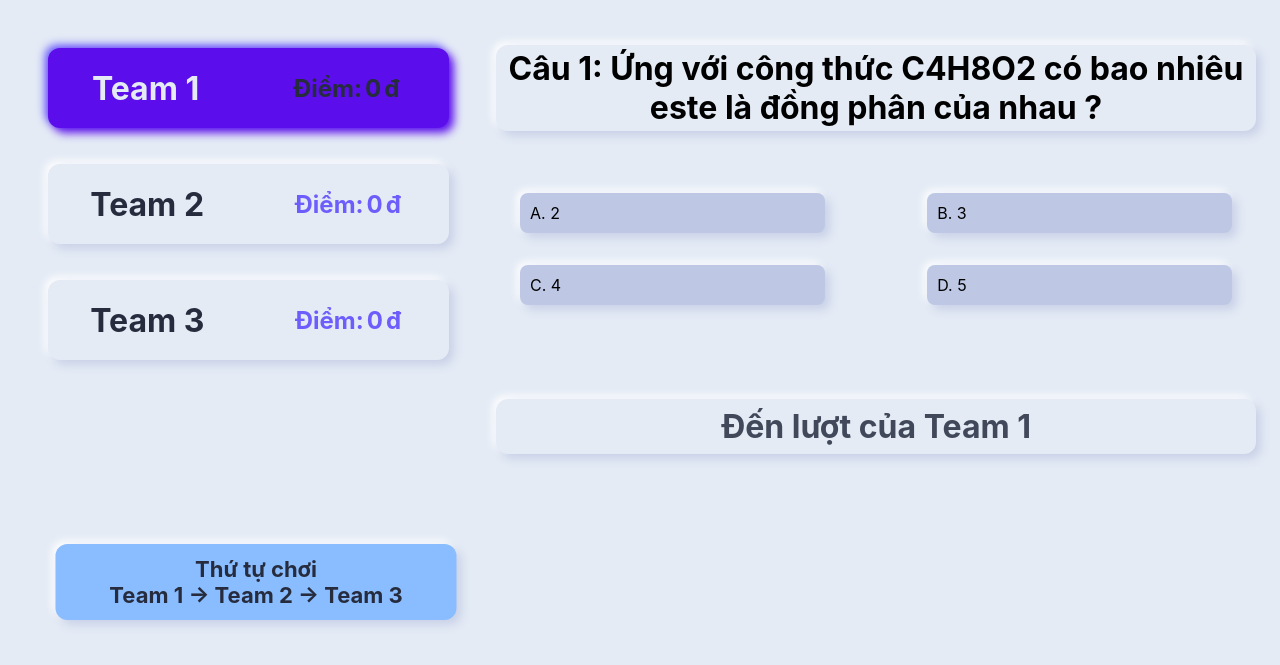
Repository: tinh2044/quzzi_game
Page: /
These files come from the project's save history. The page is drawn as it stood at one moment and after the next save; the edit follows.
The browser window is 1280 px wide. The pictures show the whole page.
The project was rebuilt for these pictures with package versions that can differ from the ones it lists, and the page was loaded fresh each time. Also part of the build but not shown: src/components/SortTeam.jsx.

Above is the page before, as saved 2022-12-15 08:37:34.

### src/index.js
import React from 'react';
import ReactDOM from 'react-dom/client';
import './index.css';
import App from './App';
import reportWebVitals from './reportWebVitals';

const root = ReactDOM.createRoot(document.getElementById('root'));
root.render(
  // <React.StrictMode>
  <App />,
  {/* </React.StrictMode> */ }
);

// If you want to start measuring performance in your app, pass a function
// to log results (for example: reportWebVitals(console.log))
// or send to an analytics endpoint. Learn more: https://bit.ly/CRA-vitals
reportWebVitals();

### src/App.css
:root {
    --primary-light: #8abdff;
    --primary: #6d5dfc;
    --primary-dark: #5b0eeb;
    --white: #ffffff;
    --greyLight-1: #e4ebf5;
    --greyLight-2: #c8d0e7;
    --greyLight-3: #bec8e4;
    --greyDark: #9baacf;
    --cl-text: #262c3d;
}
#root {
    height: 100%;
}

body {
    overflow: hidden;
    height: 100vh;
    user-select: none;
}
.App {
    height: 100%;
}
.home {
    position: relative;
    width: 100%;
    height: 100%;
    background: var(--greyLight-1);
    display: flex;
    box-shadow: 0.8rem 0.8rem 1.4rem var(--greyLight-2), -0.2rem -0.2rem 1.8rem var(--white);
}

.team {
    width: 35%;
    height: 100%;
    position: relative;
    padding: 0 12px;
    animation: FadeToLeft 0.8s linear;
}

.team_item {
    position: absolute;
    top: 12px;
    height: 80px;
    width: 85%;
    display: flex;
    align-items: center;
    justify-content: space-around;
    margin: 36px;
    transition: all 0.8s linear;
    border-radius: 12px;
    box-shadow: 0.3rem 0.3rem 0.6rem var(--greyLight-2), -0.2rem -0.2rem 0.5rem var(--white);
    background: #ffffff00;
    color: var(--cl-text);
}
.team_item:nth-child(2) {
    animation-duration: 1.5s;
}
.team_item:nth-child(3) {
    animation-duration: 2.5s;
}
.point {
    display: flex;
    align-items: center;
    color: var(--primary);
    font-weight: bold;
    font-size: 24px;
    margin: 0 3px;
}
.number,
.team_item p {
    margin: 0 3px;
}
.order-team {
    position: absolute;
    left: 50%;
    transform: translateX(-45%);
    bottom: 100px;
    width: 85%;
    padding: 12px 0;
    border-radius: 12px;
    box-shadow: 0.3rem 0.3rem 0.6rem var(--greyLight-2), -0.2rem -0.2rem 0.5rem var(--white);
    background: var(--primary-light);
    font-size: 22px;
    font-weight: bold;
    color: var(--cl-text);
    display: flex;
    flex-direction: column;
    align-items: center;
    justify-content: center;
}
.order-team p {
    margin: 0;
}
.active {
    background: var(--primary-dark);
    color: var(--greyLight-1);
    box-shadow: 0.3rem 0.3rem 0.6rem var(--primary-dark), -0.2rem -0.2rem 0.5rem var(--primary);
}
.active .point,
.active .number {
    color: var(--cl-text);
}
.question {
    width: 50%;
    flex: 1;
    padding: 24px;
}
.question h1 {
    box-shadow: 0.3rem 0.3rem 0.6rem var(--greyLight-2), -0.2rem -0.2rem 0.5rem var(--white);
    border-radius: 12px;
    padding: 4px;
    text-align: center;
    animation: FadeToTop 3s cubic-bezier(0.075, 0.82, 0.165, 1);
}

.answer {
    display: flex;
    flex-wrap: wrap;
    justify-content: space-between;
    padding: 24px;
}
.answer-item {
    width: 40%;
    background: var(--greyLight-3);
    padding: 10px;
    border-radius: 8px;
    transition: background 0.3s linear, opacity 1s ease-out, transform 0.3s linear;
    cursor: pointer;

    box-shadow: 0.3rem 0.3rem 0.6rem var(--greyLight-2), -0.2rem -0.2rem 0.5rem var(--white);
}
.answer-item:hover {
    background: var(--primary-light);
    transform: scale(1.1);
}

.A,
.C {
    animation: FadeToLeft 1s cubic-bezier(0.25, 0.46, 0.45, 0.94);
}

.B,
.D {
    animation: FadeToRight 1s cubic-bezier(0.25, 0.46, 0.45, 0.94);
}
.C,
.D {
    animation-duration: 1.8s;
}

.incorrect {
    background-color: #f44336 !important;
    opacity: 0;
    transition: background 0.3s linear, opacity 1s ease-out, transform 0.8s linear;
    transform: scale(0) !important;
}
.correct {
    background-color: #4caf50 !important;
    transform: scale(1.15);
}
.correct:hover {
    transform: scale(1.15);
}

.note {
    min-height: 36px;
    margin-top: 54px;
    animation: FadeToBottom 4s cubic-bezier(0.075, 0.82, 0.165, 1);
    background: var(--greyLight-1);
    box-shadow: 0.3rem 0.3rem 0.6rem var(--greyLight-2), -0.2rem -0.2rem 0.5rem var(--white);
    padding: 8px;
    border-radius: 12px;
    position: relative;
}

.note p {
    margin: 0;
    font-size: 32px;
    font-weight: bold;
    color: #40485a;
    text-align: center;
}

.overlay {
    width: 100%;
    height: 100%;
    display: flex;
    align-items: center;
    justify-content: center;
}

.sort-team {
    width: 50%;
    height: 40%;
    display: flex;
    flex-direction: column;
    align-items: center;
    background-color: var(--greyLight-1);
    border-radius: 1rem;
    box-shadow: 0.3rem 0.3rem 0.6rem var(--greyLight-2), -0.2rem -0.2rem 0.5rem var(--greyLight-2);
    padding: 12px;
    padding-top: 36px;
    animation: Scale 2s cubic-bezier(0.19, 1, 0.22, 1);
}
.sort-team label {
    width: 80%;
    box-shadow: 0.3rem 0.3rem 0.6rem var(--greyLight-2), -0.2rem -0.2rem 0.5rem var(--greyLight-2);
    padding: 8px;
    font-size: 24px;
    font-weight: bold;
    color: var(--cl-text);
    border-radius: 8px;
    text-align: center;
    cursor: pointer;
}

.sort-team #input {
    height: 42px;
    width: 85%;
    margin: 24px;
    border: none;
    border-radius: 16px;
    font-size: 1.3rem;
    padding-left: 12px;
    box-shadow: inset 0.2rem 0.2rem 0.5rem var(--greyLight-2), inset -0.2rem -0.2rem 0.5rem var(--white);
    color: var(--greyDark);
}
input:focus {
    border: none;
    outline: none;
}

.button-submit {
    width: 35%;
    display: flex;
    align-items: center;
    justify-content: center;
    border-radius: 1rem;
    font-size: 1.5rem;
    padding: 8px 4px;
    color: var(--cl-text);
    font-weight: bold;
    box-shadow: 0.3rem 0.3rem 0.6rem var(--greyLight-2), -0.2rem -0.2rem 0.5rem var(--greyLight-2);
    transition: all 0.3s cubic-bezier(0.47, 0, 0.745, 0.715);
    cursor: pointer;
}
.button-submit:hover {
    transform: scale(1.2);
    box-shadow: 0.3rem 0.3rem 0.6rem var(--greyDark), -0.2rem -0.2rem 0.5rem var(--greyDark);
}
@keyframes FadeToTop {
    0% {
        transform: translateY(-42px);
        opacity: 0;
    }
    100% {
        transform: translateY(0px);
        opacity: 1;
    }
}
@keyframes FadeToBottom {
    0% {
        transform: translateY(100px);
        opacity: 0;
    }
    100% {
        transform: translateY(0px);
        opacity: 1;
    }
}
@keyframes FadeToLeft {
    0% {
        transform: translateX(-100px);
        opacity: 0;
    }
    100% {
        transform: translateY(0px);
        opacity: 1;
    }
}
@keyframes FadeToRight {
    0% {
        transform: translateX(100px);
        opacity: 0;
    }
    100% {
        transform: translateY(0px);
        opacity: 1;
    }
}
@keyframes Scale {
    0% {
        transform: scale(0.3);
        opacity: 0;
    }
    100% {
        transform: scale(1);
        opacity: 1;
    }
}

### src/components/Home.jsx
import React, { useCallback, useLayoutEffect, useState } from 'react'

import Question from './Question'
import Team from './Team'
import SortTeam from './SortTeam'

import listQuestion from '../data'
import { listTeam } from '../data'


import "../App.css"
function Home() {
  const [newListTeam, setNewListTeam] = useState(listTeam)
  const [activeTeam, setActiveTeam] = useState(1);
  const [crrQuestion, setCrrQuestion] = useState(listQuestion[0])
  const [correct, setCorrect] = useState(false)
  const [showTeam, setShowTeam] = useState(true)
  // const [showWheel, setShowWheel] = useState(false)
  const handleNextQuestion = useCallback((e) => {

    if (e.keyCode === 13 && correct) {
      setActiveTeam((prev) => prev < 3 ? prev + 1 : 1)
      setCorrect(false)
      setCrrQuestion((prev) => {
        const crrIndex = listQuestion.indexOf(prev)
        if (crrIndex < listQuestion.length - 1) {
          return listQuestion[crrIndex + 1]
        }
        else return listQuestion[0]
      })
    }
  }, [correct])


  useLayoutEffect(() => {
    window.addEventListener("keyup", handleNextQuestion)

  }, [handleNextQuestion])

  return (
    <div className="home">
      {
        showTeam ? <Team listTeam={newListTeam} activeTeam={activeTeam} correct={correct} />
          : <SortTeam setShowTeam={setShowTeam} setTeam={setNewListTeam} team={newListTeam} />
      }

      <Question
        question={crrQuestion}
        setQuestion={setCrrQuestion}
        lengthListQuestion={listQuestion.length}
        setActiveTeam={setActiveTeam}
        setNewListTeam={setNewListTeam}
        activeTeam={activeTeam}
        setCorrect={setCorrect}
        correct={correct}
        listTeam={newListTeam}
        showTeam={showTeam}
      />



    </div>
  )
}

export default Home

### src/components/Question.jsx
import React, { useEffect, useLayoutEffect, useState } from 'react'
import listQuestion, { listPoints } from '../data'
import '../App.css'
import Notification from './Notification'
import AnswerItem from './AnswerItem'
function Question({ question, setQuestion, setActiveTeam, setNewListTeam, activeTeam, setCorrect, correct, listTeam, showTeam }) {
  const [checkAnswer, setCheckAnswer] = useState([NaN, NaN, NaN, NaN])
  const [points, setPoints] = useState(listPoints[Math.floor(Math.random() * listPoints.length)])
  const [showNote, setShowNote] = useState(false)
  const [showQuestion, setShowQuestion] = useState(false)
  const handleAnswer = (answer, index) => {
    if (question.correct.includes(answer)) {
      setCorrect(() => {
        console.log("chinh xac");
        return true
      })

      setShowNote(false)
      setTimeout(() => {

        setShowNote(true)
      }, 1);
      setNewListTeam((prev) => {
        let crrTeam = prev[activeTeam - 1];
        crrTeam = {
          ...crrTeam,
          points: crrTeam.points + points
        }
        // console.log(crr)
        const newListTeam = prev.map(item => item.id !== crrTeam.id ? item : crrTeam);
        const listPointOfTeam = newListTeam.map(item => {
          return {
            point: item.points,
            id: item.id
          }
        }).sort((a, b) => b.point - a.point);
        const listRankOfTeam = listPointOfTeam.map(item => item.id)
        return newListTeam.map(team => {
          return {
            ...team,
            rank: listRankOfTeam.indexOf(team.id) + 1


          }
        })
      })
      setCheckAnswer((prev) => prev.map((item, indexPrev) => indexPrev === index ? true : false))


    } else {

      setCorrect(() => {
        console.log("sai")
        return false
      })

      setShowNote(false)

      setTimeout(() => {

        setShowNote(true)
      }, 1);

      let check = checkAnswer
      check[index] = false


      setActiveTeam((prev) => prev < 3 ? prev + 1 : 1)


      setCheckAnswer((prev) => prev.map((item, indexPrev) => indexPrev === index ? false : item))
    }

  }
  useEffect(() => {
    if (checkAnswer.filter(item => isNaN(item)).length === 1) {
      setTimeout(() => {
        setQuestion((prev) => {
          const crrIndex = listQuestion.indexOf(prev)
          if (crrIndex < listQuestion.length - 1) {
            return listQuestion[crrIndex + 1]
          }
          else return listQuestion[0]
        })
      }, 1000)

    }

  }, [checkAnswer, setQuestion])

  useLayoutEffect(() => {

    setCorrect(() => {

      console.log("update")
      return 2
    })

    setTimeout(() => {

      setShowNote(true)
      setShowQuestion(true)
    }, 1);
    setCheckAnswer([NaN, NaN, NaN, NaN])
    setPoints(listPoints[Math.floor(Math.random() * listPoints.length)])
    return () => {
      setShowNote(false)
      setShowQuestion(false)

    }
  }, [question, setCorrect])
  return (
    showTeam && (
      <div className="question">
        {showQuestion && (
          <h1 style={{

          }}>{`Câu ${question.id}: ${question.nameQuestion}`}</h1>
        )}
        <div className='answer'>
          {Object.keys(question.answer).map((data, index) => (
            <AnswerItem key={data} data={data} question={question} handleAnswer={handleAnswer} index={index} checkAnswer={checkAnswer} />
          ))}
        </div>


        {
          showNote === true && <Notification activeTeam={activeTeam} correct={correct} listTeam={listTeam} points={points} showTeam={showTeam} />
        }

      </div>)

  )
}

export default Question

### src/components/Team.jsx
import React from 'react'


import "../App.css"
import TeamItem from './TeamItem'

function Team({ listTeam, activeTeam, correct }) {
  const orderTeam = listTeam.map(item => item.name).join(" -> ")

  return (
    <div className='team'>
      {listTeam.map(item => (
        <TeamItem key={item.id} team={item} activeTeam={activeTeam} correct={correct} />
      ))}
      <div className='order-team'>
        <p >Thứ tự chơi</p>
        {orderTeam}
      </div>
    </div>
  )
}

export default Team

### src/data/index.js
const listQuestion = [
    {
        id: 1,
        nameQuestion: 'Ứng với công thức C4H8O2 có bao nhiêu este là đồng phân của nhau ?',
        answer: {
            A: "2",
            B: "3",
            C: "4",
            D: "5"
        },
        correct: "C",
    },
    {
        id: 2,
        nameQuestion: 'Este có mùi dứa là?',
        answer: {
            A: "isoamyl axetat",
            B: "etyl butirat",
            C: "etyl axetat",
            D: "geranyl axctat"
        },
        correct: "B",
    },
    {
        id: 3,
        nameQuestion: 'Este nào sau đây khi phản ứng với dung dịch NaOH dư, đun nóng không tạo ra hai muối?',
        answer: {
            A: "C6H5COOC6H5 (phenyl benzoat)",
            B: "CH3COO-[CH2]2-OOCCH2CH3",
            C: "CH3OOC-COOCH",
            D: "CH3COOC6H5 (phenyl axetat)"
        },
        correct: "C",
    },
    {
        id: 4,
        nameQuestion: 'Đun nóng este HCOOCH3 với một lượng vừa đủ dung dịch NaOH, sản phẩm thu được là?',
        answer: {
            A: "CH3COONa và C2H5OH",
            B: "HCOONa và CH3OH",
            C: "HCOONa và C2H5OH",
            D: "CH3COONa và CH3OH"
        },
        correct: "B",
    },
    {
        id: 5,
        nameQuestion: 'Este X chứa vòng benzen có công thức phân từ là C8H8C2. số công thức cấu tạo của X là ',
        answer: {
            A: "3",
            B: "4",
            C: "5",
            D: "6"
        },
        correct: "D",
    },
    {
        id: 6,
        nameQuestion: 'Xà phòng hoá chất nào sau đây thu được glixerol?',
        answer: {
            A: "tristearin",
            B: "metyl axetat",
            C: "metyl fomat",
            D: "benzyl axetat"
        },
        correct: "A",
    },
    {
        id: 7,
        nameQuestion: 'Chất nào sau đây có phân tử khối lớn nhất ?',
        answer: {
            A: "triolein ",
            B: "tripanmitin ",
            C: " tristearin",
            D: "trilinolein"
        },
        correct: "B",
    },
    {
        id: 8,
        nameQuestion: 'Nước ta nằm ở vị trí: ?',
        answer: {
            A: "rìa phía Đông của bán đảo Đông Dương ",
            B: "rìa phía Tây của bán đảo Đông Dương ",
            C: "trung tâm châu Á",
            D: "phía đông Đông Nam Á"
        },
        correct: "A",
    }, {
        id: 9,
        nameQuestion: 'Nằm ở rìa phía Đông của bán đảo Đông Dương là nước: ?',
        answer: {
            A: "Lào ",
            B: "Campuchia ",
            C: "Việt Nam",
            D: "Mi-an-ma"
        },
        correct: "C",
    }, {
        id: 10,
        nameQuestion: 'Điểm cực Bắc của nước ta là xã Lũng Cú thuộc tỉnh: ?',
        answer: {
            A: "Cao Bằng ",
            B: " Hà Giang ",
            C: "Yên Bái",
            D: "Lạng Sơn"
        },
        correct: "B",
    }, {
        id: 11,
        nameQuestion: 'Điểm cực Đông của nước ta là xã Vạn Thạnh thuộc tỉnh: ?',
        answer: {
            A: " Ninh Thuận ",
            B: " Khánh Hòa ",
            C: " Đà Nẵng",
            D: "Phú Yên"
        },
        correct: "B",
    }, {
        id: 12,
        nameQuestion: 'Ở tỉnh Khánh Hòa có một đặc điểm tự nhiên rất đặc biệt là: ?',
        answer: {
            A: "Là tỉnh duy nhất có nhiều đảo ",
            B: "Là tỉnh có điểm cực Đông nước ta ",
            C: "Là tỉnh có nhiều hải sản nhất",
            D: "Là tỉnh có nhiều than nhất"
        },
        correct: "B",
    },
    {
        id: 13,
        nameQuestion: 'Đặc điểm nào sau đây không đúng với lãnh thổ nước ta ?',
        answer: {
            A: "Nằm hoàn toàn trong vùng nhiệt đới nửa cầu Bắc ",
            B: "Nằm trọn trong múi giờ số 8 ",
            C: "Nằm trong vùng có khí hậu nhiệt đới ẩm gió mùa",
            D: "Nằm trong vùng chịu ảnh hưởng của gió Mậu dịch "
        },
        correct: "B",
    },

]

export const listTeam = [{
    name: "Team 1",
    points: 0,
    rank: 1,
    id: 1,
}, {
    name: "Team 2",
    points: 0,
    rank: 2,
    id: 2,
}, {
    name: "Team 3",
    points: 0,
    rank: 3,
    id: 3,
}]
export const listPoints = [10, 5, 20, -5, 15, 10, 5, 20, -5, 15, 10, 5, 20, -5, 15, 10, 5, 20, -5, 15, 10, 5, 20, -5, 15, 10, 5, 20, -5, 15, 10, 5, 20, -5, 15, 10, 5, 20, -5, 15]


export default listQuestion

### src/components/Notification.jsx
import React from 'react'

import '../App.css'

function Notification({ correct, points, activeTeam, listTeam, showTeam }) {
  return (

    showTeam && (
      <div className='note' >
        <p>
          {
            correct === true ? `Với câu này nhóm các bạn được ${points < 0 ? "trừ" : "cộng"} ${Math.abs(points)} điểm`
              : correct === false ? (
                <span >
                  Nhóm bạn đã trả lời sai
                  <p>{`Xin mời ${listTeam[activeTeam - 1].name} trả lời`}</p>
                </span>
              )
                : `Đến lượt của ${activeTeam <= 3 ? listTeam[activeTeam - 1].name : listTeam[0].name}`
          }
        </p>
      </div>

    )
  )


}

export default Notification

### src/components/AnswerItem.jsx
import React, { useEffect, useState } from 'react'

function AnswerItem({ data, question, handleAnswer, index, checkAnswer }) {
    const [showAnswer, setShowAnswer] = useState(false)

    useEffect(() => {
        setShowAnswer(false)
        setTimeout(() => {
            setShowAnswer(true)

        }, 1);
    }, [question])
    return (
        showAnswer &&
        (<p
            onClick={() => handleAnswer(data, index)}
            className={`answer-item ${showAnswer ? data : ""} ${checkAnswer[index] === false ? "incorrect" : checkAnswer[index] === true ? "correct" : ""}`}>
            {`${data}. ${question.answer[data]}`}
        </p>)
    )
}

export default AnswerItem

### src/components/TeamItem.jsx
import React, { useEffect, useState } from 'react'
import CountUp from "react-countup"

function TeamItem({ team, activeTeam, correct }) {
    const [showTeam, setShowTeam] = useState(false)
    const [crrPoint, setCrrPoint] = useState(0)
    useEffect(() => {
        setTimeout(() => {
            setShowTeam(true)
        }, 300 * team.id);
    }, [team])
    return (
        <div key={team.id} className={`team_item ${team.id === activeTeam ? "active" : ""}`} style={{ transform: `translate(${!showTeam ? -500 : 0}px,${116 * (team.rank - 1)}px)` }}>
            <h1>{team.name}</h1>
            <div className='point'>
                <p>Điểm: </p>
                {
                    crrPoint !== team.points ? <CountUp separator='' className='number' end={team.points} start={crrPoint} duration={1.5} onEnd={() => setCrrPoint(team.points)} />
                        : crrPoint
                }
                <p>đ</p>
            </div>
        </div>
    )
}

export default TeamItem

Loaded but not shown: public/index.html (common file); src/index.css (common file); src/App.js (common file); src/reportWebVitals.js (common file)

After the next save:
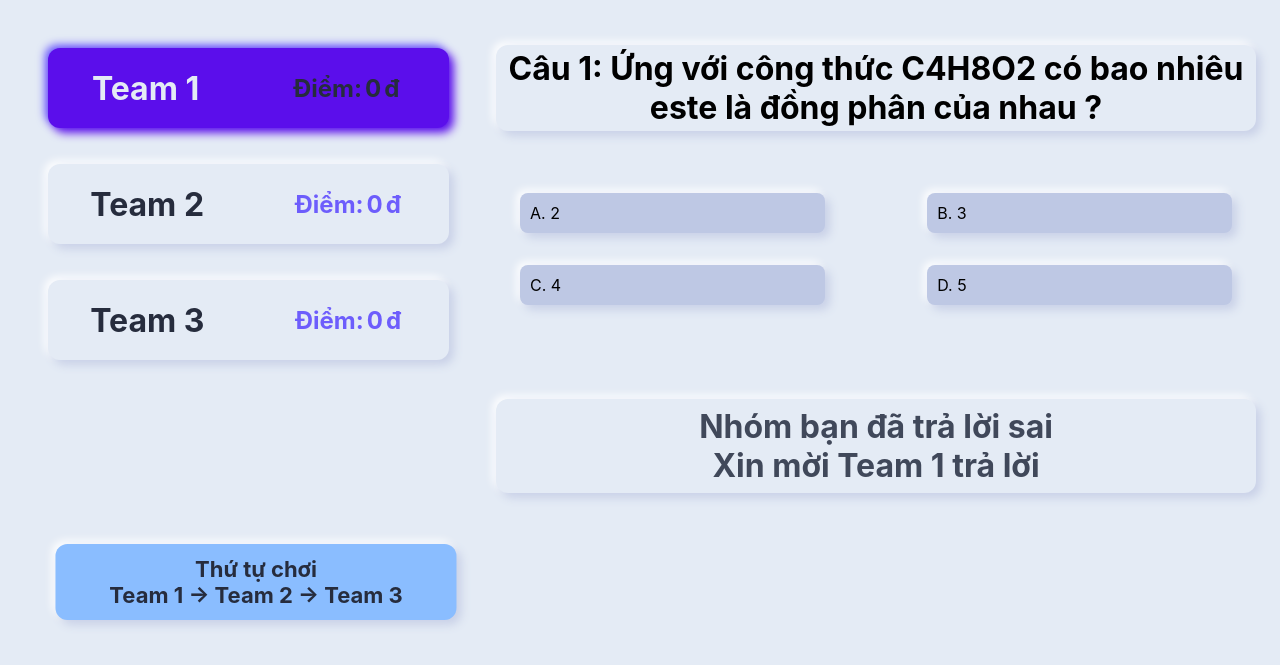
Saved 22 s later.
--- a/src/components/Question.jsx
+++ b/src/components/Question.jsx
@@ -90,11 +90,7 @@ function Question({ question, setQuestion, setActiveTeam, setNewListTeam, active
 
   useLayoutEffect(() => {
 
-    setCorrect(() => {
-
-      console.log("update")
-      return 2
-    })
+    setCorrect(false)
 
     setTimeout(() => {
 
